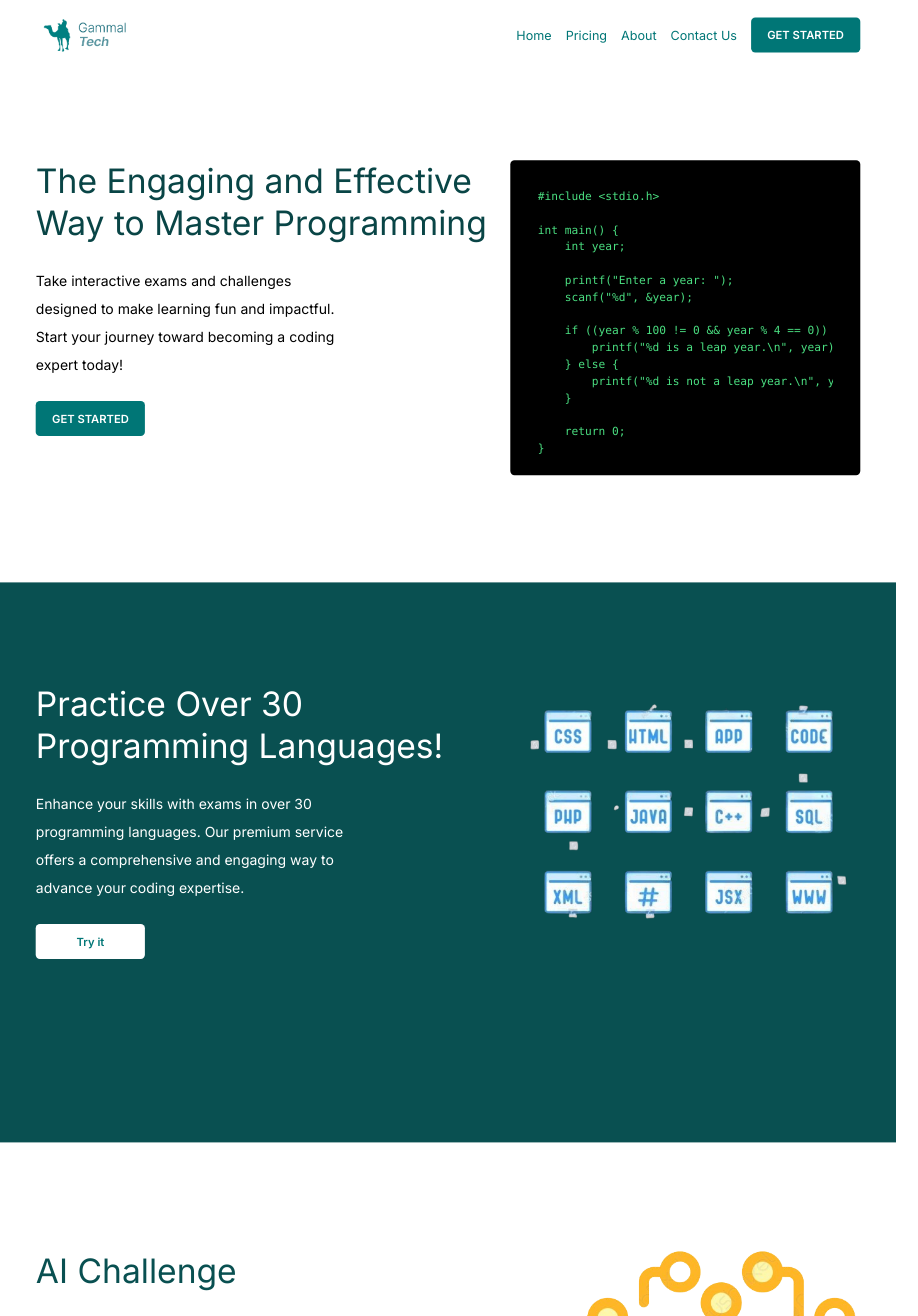
Repository: Ahmed77669/Internship-test
Page: /
An editor plug-in stored every save of this project. The page is shown before and after the next save, followed by the edit.
The browser window is 1280 px wide. The page is 1311 px wide, so the pictures cover 1311 px, including what lies to the right of the window. The pictures show the part of the page from y = 0 to 1880 px (the page is 4817 px tall), at 70% of full size.
The page's requests for data from a server got no answer. The project was rebuilt for these pictures with package versions that can differ from the ones it lists, and the page was loaded fresh each time. The framework's server and built-in components were replaced by stand-ins that run in the browser. No one was signed in, and anything a server would have sent is missing. Also part of the build but not shown: next.config.mjs.

Above is the page before, as saved 2024-10-23 21:47:36.

### app/layout.tsx
import type { Metadata } from "next";
import localFont from "next/font/local";
import "@/app/styles/globals.css";
import NavBarHome from "@/components/Header/Navbar";
import { Inter } from "next/font/google";
import Footer from "@/components/Footer/Footer";


const inter = Inter({
  subsets: ["latin"],
});
const geistSans = localFont({
  src: "./fonts/GeistVF.woff",
  variable: "--font-geist-sans",
  weight: "100 900",
});
const geistMono = localFont({
  src: "./fonts/GeistMonoVF.woff",
  variable: "--font-geist-mono",
  weight: "100 900",
});

export const metadata: Metadata = {
  title: "Gammal Tech Exam",
  description: "Generated by create next app",
};

export default function RootLayout({
  children,
}: Readonly<{
  children: React.ReactNode;
}>)
{
  return (
    <html lang="en">
      <body
        className={`${geistSans.variable} ${geistMono.variable} antialiased ${inter.className}`}
      >
        <NavBarHome />
        {children}
        {/* {router.asPath !== '/lessons/result' && ( */}
        <Footer />
        {/* )} */}
      </body>
    </html>
  );
}

### app/page.tsx
import NavBarHome from "@/components/Header/Navbar";
import Home_1 from "@/components/Home/Home_1";
import Image from "next/image";



export default function Home() {
  return (
      <main>
        <Home_1 />
      </main>


  );
}

### app/styles/globals.css
@tailwind base;
@tailwind components;
@tailwind utilities;

:root {
  --background: #ffffff;
  /* --foreground: #171717; */
}

@media (prefers-color-scheme: dark) {
  :root {
    /* --background: #0a0a0a; */
    --foreground: #ededed;
  }
}

body {
  color: var(--foreground);
  background: var(--background);
  font-family: Arial, Helvetica, sans-serif;
}

@layer utilities {
  .text-balance {
    text-wrap: balance;
  }
}

### components/Header/Navbar.tsx
"use client";
import React, { useEffect, useState } from "react";
import GT_logo from "@/public/gammalTech-logos/Component 6.png";
import Link from "next/link";
import Image from "next/image";
import { Menu, X } from "lucide-react";

export default function NavBarHome() {
  const [isOpen, setIsOpen] = useState(false);
  const [isAuthenticated, setIsAuthenticated] = useState(false);

  const toggleMenu = () => {
    setIsOpen((prev) => !prev);
  };

  useEffect(() => {
    // Function to check for the token in cookies
    const checkAuth = () => {
      const token = document.cookie.split('; ').find(row => row.startsWith('token='));
      const isLoggedIn = !!token; // Check if the token exists
      console.log("Is authenticated:", isLoggedIn); // Debugging output
      setIsAuthenticated(isLoggedIn);
    };

    checkAuth(); // Check authentication on mount

    const handleResize = () => {
      if (window.innerWidth > 1024) {
        setIsOpen(false);
      }
    };

    window.addEventListener("resize", handleResize);
    return () => {
      window.removeEventListener("resize", handleResize);
    };
  }, []);

  return (
    <div className={`py-5 container mx-auto w-[92%]`}>
      <nav className="relative">
        <ul className="flex justify-between items-center">
          <li className="min-w-[152px]">
            <Link href="/">
              <Image
                src={GT_logo}
                alt="Gammal Tech Logo"
                width={130}
                className="cursor-pointer"
              />
            </Link>
          </li>
          <div className="hidden md:flex space-x-5">
            <Link
              href="/"
              className="text-[#007676] text-[18px] font-normal flex items-center"
            >
              Home
            </Link>
            <Link
              href="/pricing"
              className="text-[#007676] text-[18px] font-normal flex items-center"
            >
              Pricing
            </Link>
            <Link
              href="/about"
              className="text-[#007676] text-[18px] font-normal flex items-center"
            >
              About
            </Link>
            <Link
              href="/contact"
              className="text-[#007676] text-[18px] font-normal flex items-center"
            >
              Contact Us
            </Link>
            {!isAuthenticated ? (
              <Link href="/signup">
                <button className="bg-[#007676] text-white rounded-md w-[156px] h-[50px] text-[16px] font-semibold py-1 px-3 transition-all duration-300 ease-in-out hover:bg-[#005555] hover:shadow-lg">
                  GET STARTED
                </button>
              </Link>
            ) : (
              <Link href="/dashboard">
                <button className="bg-[#007676] text-white rounded-md w-[156px] h-[50px] text-[16px] font-semibold py-1 px-3 transition-all duration-300 ease-in-out hover:bg-[#005555] hover:shadow-lg">
                  Dashboard
                </button>
              </Link>
            )}
          </div>
          <div className="md:hidden flex items-center">
            <button
              onClick={toggleMenu}
              className="text-[#007676] focus:outline-none"
            >
              {isOpen ? (
                <X size={40} color="#007676" strokeWidth={2} />
              ) : (
                <Menu size={40} color="#007676" strokeWidth={2} />
              )}
            </button>
          </div>
        </ul>

        {isOpen && (
          <div className="absolute right-0 mt-2 w-full bg-white shadow-lg rounded-lg z-20 transition-transform transform origin-top-right scale-100">
            <div className="flex flex-col items-center justify-center mx-auto p-4">
              <Link
                href="/"
                className="text-[#007676] text-lg font-semibold hover:bg-[#f0f0f0] transition duration-200 p-3 rounded-lg text-center w-full"
                onClick={() => setIsOpen(false)}
              >
                Home
              </Link>
              <Link
                href="/pricing"
                className="text-[#007676] text-lg font-semibold hover:bg-[#f0f0f0] transition duration-200 p-3 rounded-lg text-center w-full"
                onClick={() => setIsOpen(false)}
              >
                Pricing
              </Link>
              <Link
                href="/about"
                className="text-[#007676] text-lg font-semibold hover:bg-[#f0f0f0] transition duration-200 p-3 rounded-lg text-center w-full"
                onClick={() => setIsOpen(false)}
              >
                About Us
              </Link>
              <Link
                href="/contact"
                className="text-[#007676] text-lg font-semibold hover:bg-[#f0f0f0] transition duration-200 p-3 rounded-lg text-center w-full"
                onClick={() => setIsOpen(false)}
              >
                Contact Us
              </Link>
              <Link href="/signup">
                <button
                  className="mt-4 bg-[#007676] text-white text-lg font-semibold py-2 px-6 rounded-lg hover:bg-[#005c5c] transition duration-200"
                  onClick={() => setIsOpen(false)}
                >
                  GET STARTED
                </button>
              </Link>
            </div>
          </div>
        )}
      </nav>
    </div>
  );
}

### components/Footer/Footer.tsx
import React from 'react';
import Image from "next/image";
import footerLogo from "@/public/gammalTech-logos/footer-logo.png";
import Link from 'next/link';
import linkdin from "@/public/socialmediaIcons/linkdin.png";
import facebook from "@/public/socialmediaIcons/Facebook.png";
import instagram from "@/public/socialmediaIcons/Instagram.png";
import twitter from "@/public/socialmediaIcons/Twitter.png";

const Footer = () => {
  return (

      <section className= "bg-[#095051] py-20 min-h-96 h-auto">
        <div className="container mx-auto px-4 ">
          <div className="flex justify-between flex-wrap ">
            <div className='mb-10'>
              <div className="mb-6">
                <Image src={footerLogo} alt='Gammal Tech Logo' width={152} />
              </div>
              <div className="text-white w-80">
                We are an online educational platform that capitalizes on human potential by assisting professionals and aspiring individuals to succeed in their goals.
              </div>
            </div>

            <div className="text-white flex flex-col mb-10">
              <p className="font-semibold mb-5">1. Featured links</p>
              <div className="flex justify-between ">
                <div className="space-y-2 mr-6">
                  <p className='cursor-pointer'>Home</p>
                  <p className='cursor-pointer'>About</p>
                  <p className='cursor-pointer'>Pricing</p>
                </div>
                <div className="space-y-2">
                  <p className='cursor-pointer'>Contact</p>
                  <p className='cursor-pointer'>Terms</p>
                  <p className='cursor-pointer'>Privacy Policy</p>
                </div>
              </div>
            </div>

            <div>
              <p className="text-white font-semibold mb-8">2. Connect with us</p>
              <div className="flex space-x-4">
                <Link href="https://www.facebook.com/gammal.tech/?locale=ar_AR" passHref target='_blank'>
                  <div className="w-12 h-12 bg-teal-700 rounded-full flex items-center justify-center cursor-pointer">
                    <Image src={facebook} alt='Facebook Logo' />
                  </div>
                </Link>
                <Link href="https://www.instagram.com/gammal.tech/?hl=ar" passHref target='_blank'>
                  <div className="w-12 h-12 bg-teal-700 rounded-full flex items-center justify-center cursor-pointer">
                    <Image src={instagram} alt='Instagram Logo' />
                  </div>
                </Link>
                <Link href="https://www.linkedin.com/company/gammal-tech/" passHref target='_blank'>
                  <div className="w-12 h-12 bg-teal-700 rounded-full flex items-center justify-center cursor-pointer">
                    <Image src={linkdin} alt='LinkedIn Logo' />
                  </div>
                </Link>
                <Link href="https://x.com/gammaltech?lang=ar" passHref target='_blank'>
                  <div className="w-12 h-12 bg-teal-700 rounded-full flex items-center justify-center cursor-pointer">
                    <Image src={twitter} alt='Twitter Logo' />
                  </div>
                </Link>
              </div>
            </div>
          </div>
        </div>
      </section>
  );
};

export default Footer;

### components/Header/NavBarAuth.tsx
"use client";
import React, { useEffect, useState } from "react";
import GT_logo from "@/public/gammalTech-logos/Component 6.png";
import Link from "next/link";
import Image from "next/image";
import { Menu } from "lucide-react";
import { X } from "lucide-react";

export default function NavBarAuth( )  {
  const [isOpen, setIsOpen] = useState(false);



  const toggleMenu = () => {
    setIsOpen((prev) => !prev);
  };


  useEffect(() => {
    const handleResize = () => {
      if (window.innerWidth > 1024) {
        setIsOpen(false);
      }
    };

    window.addEventListener("resize", handleResize);
    return () => {
      window.removeEventListener("resize", handleResize);
    };
  }, []);

  return (
    <div className={`py-5 container mx-auto w-[92%]`}>
      <nav className="relative">
        <ul className="flex justify-between items-center">
          <li className="min-w-[152px]">

            <Link href="/">
              <Image
                src={GT_logo}
                alt="Gammal Tech Logo"
                width={130}
                className="cursor-pointer"
              />
            </Link>

          </li>
          <div className="hidden md:flex space-x-5">
            <Link
              href="/"
              className="text-[#007676] text-[18px] font-normal flex items-center"
            >
              Home
            </Link>
            <Link
              href="/pricing"
              className="text-[#007676] text-[18px] font-normal flex items-center"
            >
              Pricing
            </Link>
            <Link
              href="/about"
              className="text-[#007676] text-[18px] font-normal flex items-center"
            >
              About
            </Link>
            <Link
              href="/about"
              className="text-[#007676] text-[18px] font-normal flex items-center"
            >
              About
            </Link>
            <Link
              href="/about"
              className="text-[#007676] text-[18px] font-normal flex items-center"
            >
              About
            </Link>
            <Link
              href="/about"
              className="text-[#007676] text-[18px] font-normal flex items-center"
            >
              Contact Us
            </Link>
            <Link
              href="/signup"
            >
            <button className="bg-[#007676] text-white rounded-md w-[156px] h-[50px] text-[16px] font-semibold  py-1 px-3 transition-all duration-300 ease-in-out hover:bg-[#005555] hover:shadow-lg">
              GET STARTED
            </button>
            </Link>
          </div>
          <div className="md:hidden flex items-center">
            <button
              onClick={toggleMenu}
              className="text-[#007676] focus:outline-none"
            >
              {isOpen ? (
                <X size={40} color="#007676" strokeWidth={2} />
              ) : (
                <Menu size={40} color="#007676" strokeWidth={2} />
              )}
            </button>
          </div>
        </ul>

        {isOpen && (
          <div className="absolute right-0 mt-2 w-full bg-white shadow-lg rounded-lg z-20 transition-transform transform origin-top-right scale-100">
            <div className="flex flex-col items-center justify-center mx-auto p-4">
              <Link
                href="/"
                className="text-[#007676] text-lg font-semibold hover:bg-[#f0f0f0] transition duration-200 p-3 rounded-lg text-center w-full"
                onClick={() => setIsOpen(false)}
              >
                Home
              </Link>
              <Link
                href="/pricing"
                className="text-[#007676] text-lg font-semibold hover:bg-[#f0f0f0] transition duration-200 p-3 rounded-lg text-center w-full"
                onClick={() => setIsOpen(false)}
              >
                Pricing
              </Link>
              <Link
                href="/about"
                className="text-[#007676] text-lg font-semibold hover:bg-[#f0f0f0] transition duration-200 p-3 rounded-lg text-center w-full"
                onClick={() => setIsOpen(false)}
              >
                About Us
              </Link>

              <button
                className="mt-4 bg-[#007676] text-white text-lg font-semibold py-2 px-6 rounded-lg hover:bg-[#005c5c] transition duration-200"
                onClick={() => setIsOpen(false)}
              >
                GET STARTED
              </button>
            </div>
          </div>
        )}
      </nav>
    </div>
  );
};

Loaded but not shown: tailwind.config.js (12 lines, source omitted); components/Home/Home_1.tsx (194 lines, source omitted)

After the next save:
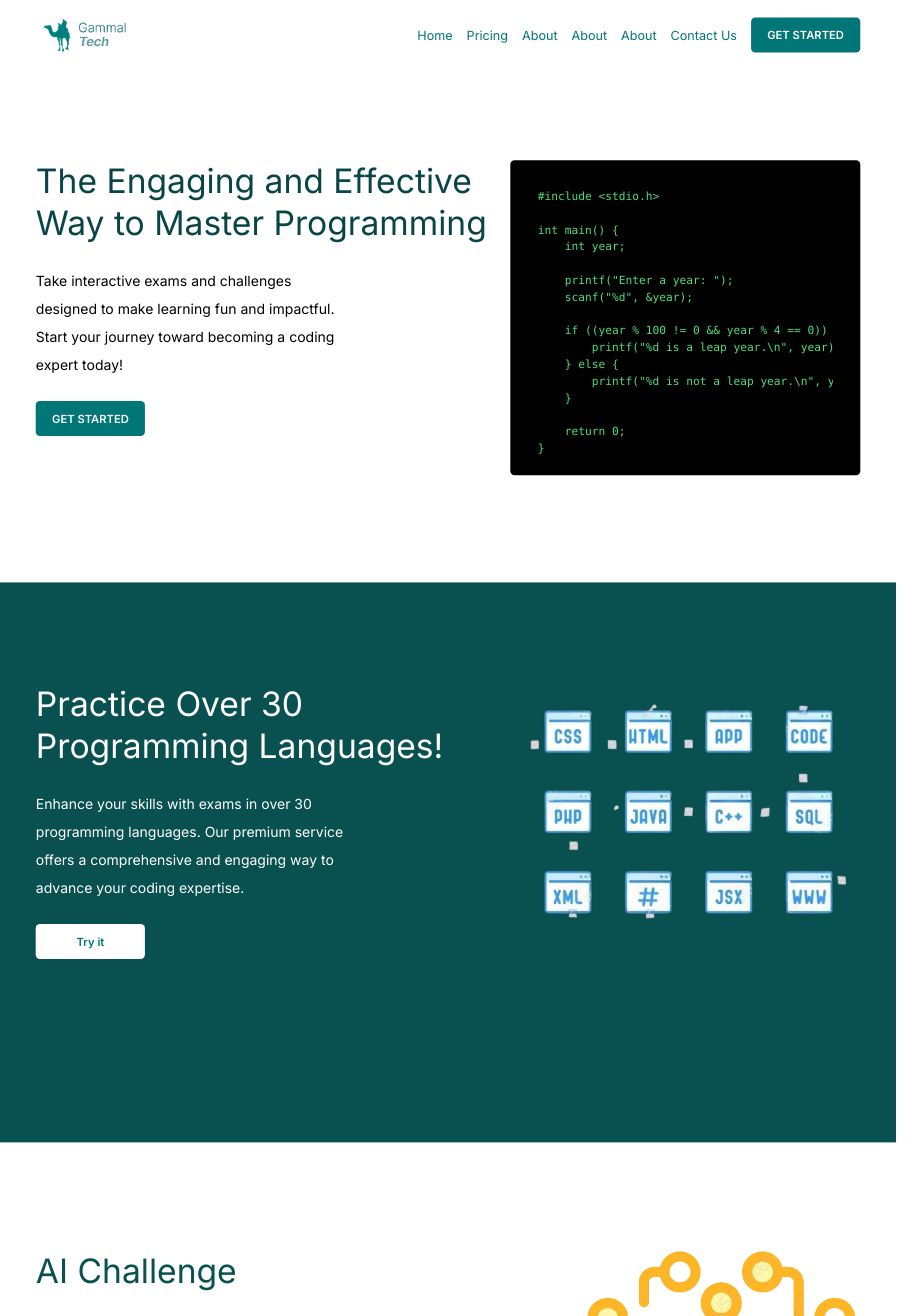
Saved 18 s later.
--- a/app/layout.tsx
+++ b/app/layout.tsx
@@ -2,8 +2,10 @@
 import localFont from "next/font/local";
 import "@/app/styles/globals.css";
 import NavBarHome from "@/components/Header/Navbar";
+import NavBarHome from "@/components/Header/NavBarAuth";
 import { Inter } from "next/font/google";
 import Footer from "@/components/Footer/Footer";
+import { cookies } from "next/headers";
 
 
 const inter = Inter({
@@ -31,12 +33,14 @@
   children: React.ReactNode;
 }>)
 {
+  const cookieStore = cookies();
+  const isAuthenticated = cookieStore.get('isAuthenticated')?.value === "true";
   return (
     <html lang="en">
       <body
         className={`${geistSans.variable} ${geistMono.variable} antialiased ${inter.className}`}
       >
-        <NavBarHome />
+        {isAuthenticated ? <NavBarAuthenticated /> : <NavBarHome />}
         {children}
         {/* {router.asPath !== '/lessons/result' && ( */}
         <Footer />

After the save that followed:
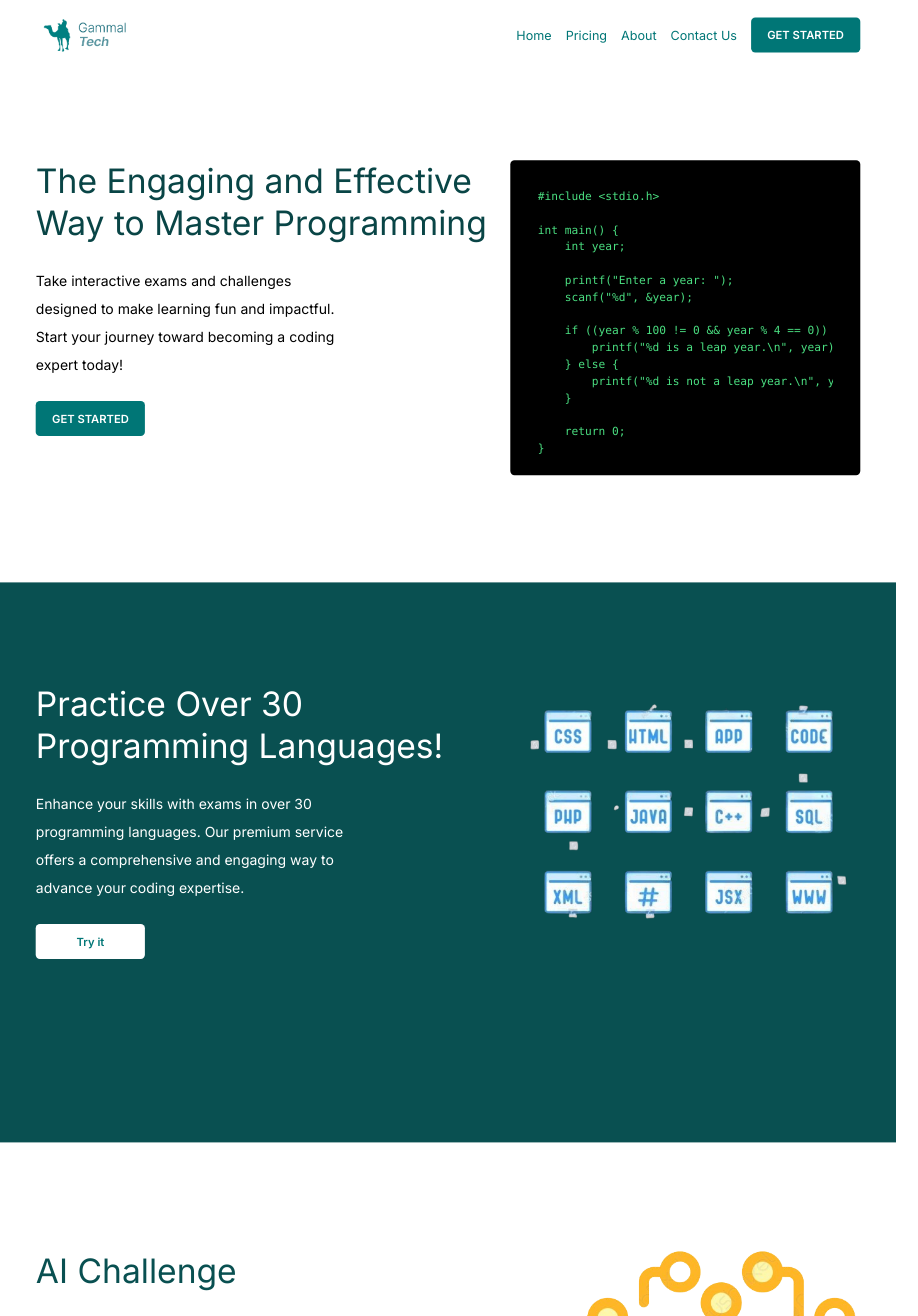
Saved 13 s later.
--- a/app/layout.tsx
+++ b/app/layout.tsx
@@ -2,7 +2,7 @@
 import localFont from "next/font/local";
 import "@/app/styles/globals.css";
 import NavBarHome from "@/components/Header/Navbar";
-import NavBarHome from "@/components/Header/NavBarAuth";
+import NavBarAuth from "@/components/Header/NavBarAuth";
 import { Inter } from "next/font/google";
 import Footer from "@/components/Footer/Footer";
 import { cookies } from "next/headers";
@@ -40,7 +40,7 @@
       <body
         className={`${geistSans.variable} ${geistMono.variable} antialiased ${inter.className}`}
       >
-        {isAuthenticated ? <NavBarAuthenticated /> : <NavBarHome />}
+        {isAuthenticated ? <NavBarAuth/> : <NavBarHome />}
         {children}
         {/* {router.asPath !== '/lessons/result' && ( */}
         <Footer />
